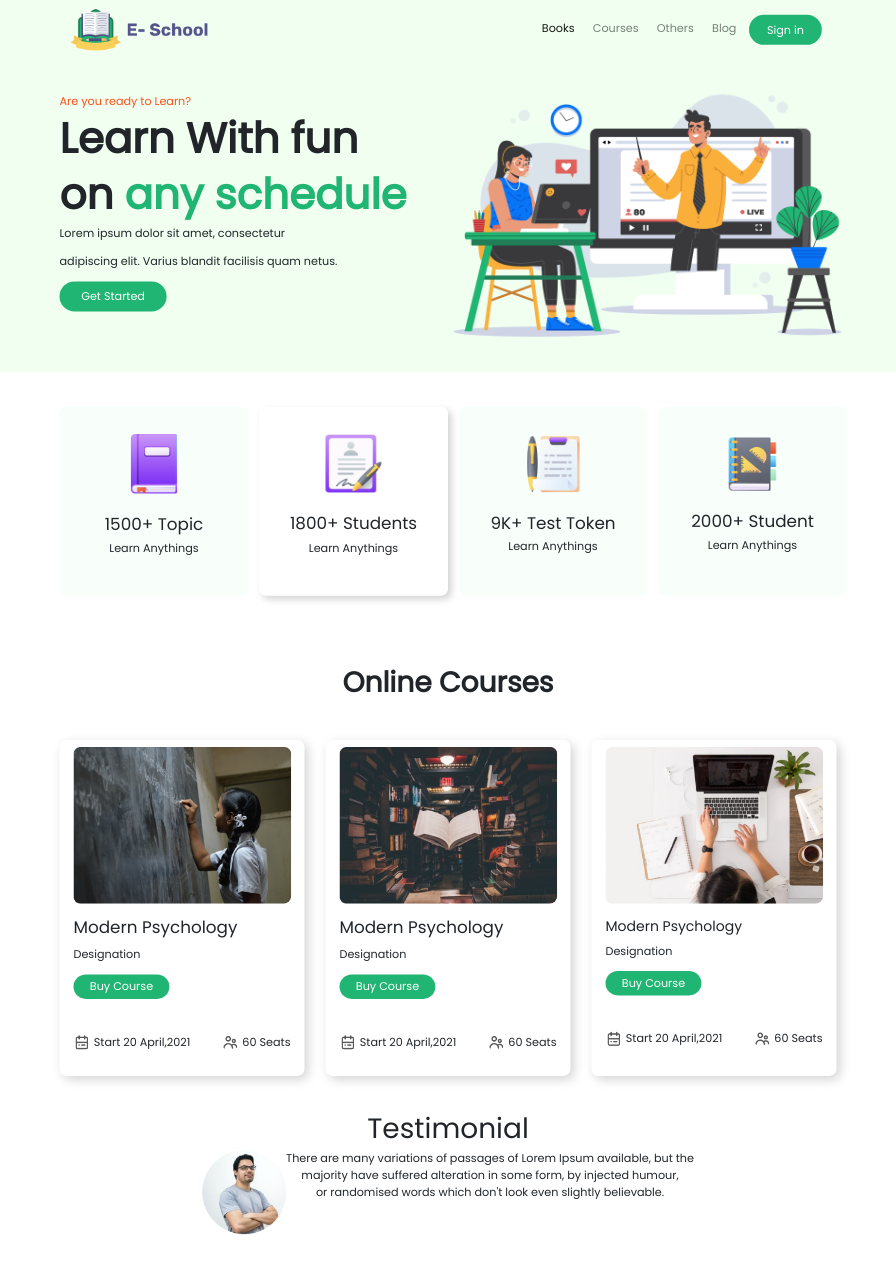
Repository: mohsinfarabi/e-school
Page: index.html
These files come from the project's save history. The page is drawn as it stood at one moment and after a run of saves; the edit follows.
The browser window is 1280 px wide. The pictures show the whole page, at 70% of full size.

Above is the page before, as saved 2020-07-08 20:17:05.

### index.html
<!DOCTYPE html>
<html lang="en">

<head>
    <meta charset="UTF-8">
    <meta name="viewport" content="width=device-width, initial-scale=1.0">
    <link rel="stylesheet" href="css/bootstrap/css/bootstrap.min.css">
    <link rel="stylesheet" href="style.css">
    <link href="https://fonts.googleapis.com/css2?family=Poppins" rel="stylesheet">
    <title>E-School</title>
</head>

<body>
    <section class="top-part">
        <div class="container">
            <nav class="navbar navbar-expand-lg navbar-light bg-transparent">
                <a class="navbar-brand" href="#"><img src="images/icon/Logo.png " alt=" "></a>
                </a>
                <button class="navbar-toggler" type="button" data-toggle="collapse" data-target="#navbarNav" aria-controls="navbarNav" aria-expanded="false" aria-label="Toggle navigation">
                  <span class="navbar-toggler-icon"></span>
                </button>

                <div class="collapse navbar-collapse" id="navbarNav">
                    <ul class="navbar-nav ml-auto">
                        <li class="nav-item active ">
                            <a class="nav-link " href="#books ">Books</a>
                        </li>
                        <li class="nav-item ">
                            <a class="nav-link " href="#courses ">Courses</a>
                        </li>
                        <li class="nav-item ">
                            <a class="nav-link " href="#others ">Others</a>
                        </li>
                        <li class="nav-item ">
                            <a class="nav-link " href="#blog ">Blog</a>
                        </li>
                        <li class="nav-item ">
                            <button class="sign-in">Sign in</button>
                        </li>

                    </ul>
                </div>

            </nav>
        </div>
        <div class="container">
            <div class="row top">
                <div class="col-md-6">

                    <h5>Are you ready to Learn?</h5>
                    <h1>Learn With fun </h1>
                    <h1>on <span class="highlight"> any schedule</span></h1>

                    <p>Lorem ipsum dolor sit amet, consectetur </p>
                    <p>adipiscing elit. Varius blandit facilisis quam netus.</p>

                    <button class="get-started">Get Started</button>

                </div>
                <div class="col-md-6 d-flex justify-content-center">

                    <img src="images/Photos/Illustration.png" alt="">
                </div>
            </div>
        </div>
    </section>

    <div class="container">
        <div class="row">
            <div class="col-md-3">
                <div class="cat1 d-flex flex-column justify-content-center align-items-center">

                    <img src="images/icon/book.png" alt="">

                    <h4>1500+ Topic</h4>
                    <p>Learn Anythings</p>
                </div>
            </div>
            <div class="col-md-3">
                <div class="cat2 d-flex flex-column justify-content-center align-items-center">

                    <img src="images/icon/Student.png" alt="">

                    <h4>1800+ Students</h4>
                    <p>Learn Anythings</p>
                </div>
            </div>
            <div class="col-md-3">
                <div class="cat3 d-flex flex-column justify-content-center align-items-center">

                    <img src="images/icon/Test.png" alt="">

                    <h4>9K+ Test Token</h4>
                    <p>Learn Anythings</p>
                </div>
            </div>
            <div class="col-md-3">
                <div class="cat4 d-flex flex-column justify-content-center align-items-center">

                    <img src="images/icon/Students.png" alt="">

                    <h4>2000+ Student</h4>
                    <p>Learn Anythings</p>

                </div>
            </div>
        </div>
    </div>

    <div class="container course">
        <h1>Online Courses</h1>
        <div class="card-deck">
            <div class="card">
                <img src="images/Photos/Morder pyschology.png" class="card-img-top" alt="...">
                <div class="card-body">
                    <h4 class="card-title">Modern Psychology</h4>
                    <p class="card-text">Designation</p>
                    <button class="buy-course">Buy Course</button>
                    <div class="card-bottom d-flex justify-content-between align-self-center">
                        <div class="d-flex justify-content-between">
                            <img src="images/icon/calendar.png" alt="">
                            <p>Start 20 April,2021</p>
                        </div>
                        <div class="d-flex justify-content-between">
                            <img src="images/icon/people.png" alt="">
                            <p>60 Seats</p>
                        </div>

                    </div>
                </div>

            </div>
            <div class="card">
                <img src="images/Photos/Morder psyc.png" class="card-img-top" alt="...">
                <div class="card-body">
                    <h4 class="card-title">Modern Psychology</h4>
                    <p class="card-text">Designation</p>
                    <button class="buy-course">Buy Course</button>
                    <div class="card-bottom d-flex justify-content-between align-self-center">
                        <div class="d-flex justify-content-between">
                            <img src="images/icon/calendar.png" alt="">
                            <p>Start 20 April,2021</p>
                        </div>
                        <div class="d-flex justify-content-between">
                            <img src="images/icon/people.png" alt="">
                            <p>60 Seats</p>
                        </div>

                    </div>
                </div>

            </div>
            <div class="card">
                <img src="images/Photos/Morder pychons.png" class="card-img-top" alt="...">
                <div class="card-body">
                    <h5 class="card-title">Modern Psychology</h5>
                    <p class="card-text">Designation</p>
                    <button class="buy-course">Buy Course</button>
                    <div class="card-bottom d-flex justify-content-between align-self-center">
                        <div class="d-flex justify-content-between">
                            <img src="images/icon/calendar.png" alt="">
                            <p>Start 20 April,2021</p>
                        </div>
                        <div class="d-flex justify-content-between">
                            <img src="images/icon/people.png" alt="">
                            <p>60 Seats</p>
                        </div>
                    </div>
                </div>
            </div>
        </div>
    </div>

    <div class="container testimonial">
        <h1>Testimonial</h1>
        <div class="testimonial-content d-flex justify-content-center">
            <img src="images/Photos/Man.png" alt="">
            <p>There are many variations of passages of Lorem Ipsum available, but the <br>majority have suffered alteration in some form, by injected humour, <br>or randomised words which don't look even slightly believable.</p>

        </div>
    </div>












    <script src="https://code.jquery.com/jquery-3.5.1.slim.min.js " integrity="sha384-DfXdz2htPH0lsSSs5nCTpuj/zy4C+OGpamoFVy38MVBnE+IbbVYUew+OrCXaRkfj " crossorigin="anonymous "></script>
    <script src="https://cdn.jsdelivr.net/npm/popper.js@1.16.0/dist/umd/popper.min.js " integrity="sha384-Q6E9RHvbIyZFJoft+2mJbHaEWldlvI9IOYy5n3zV9zzTtmI3UksdQRVvoxMfooAo " crossorigin="anonymous "></script>
    <script src="https://stackpath.bootstrapcdn.com/bootstrap/4.5.0/js/bootstrap.min.js " integrity="sha384-OgVRvuATP1z7JjHLkuOU7Xw704+h835Lr+6QL9UvYjZE3Ipu6Tp75j7Bh/kR0JKI " crossorigin="anonymous "></script>
</body>

</html>

### style.css
    body {
        font-family: 'Poppins', sans-serif;
    }

    .container {
        margin-bottom: 50px;
    }

    .top-part {
        background-color: #F0FFF0;
    }

    .bg-light {
        background-color: #F0FFF0;
    }

    .navbar img {
        width: 198.07px;
        height: 59px;
    }

    .nav-item {
        padding: 5px;
        color: black;
    }

    .sign-in {
        width: 104px;
        height: 43px;
        border: none;
        background: #21B573;
        border-radius: 33px;
        color: white;
    }

    .top {
        padding-bottom: 50px;
    }

    .top h5 {
        font-size: medium;
        color: #FD511A;
    }

    .top h1 {
        font-weight: 900;
        font-size: 60px;
    }

    .top img {
        width: 554px;
        height: 346px;
    }

    .highlight {
        color: #21B573;
    }

    .get-started {
        width: 153px;
        height: 43px;
        border: none;
        background: #21B573;
        border-radius: 33px;
        color: white;
    }

    .cat h4 {
        font-weight: 700;
    }

    .cat1,
    .cat2,
    .cat3,
    .cat4 {
        width: 270px;
        height: 270px;
        padding: 10px 30px;
        border-radius: 10px;
        border: none;
    }

    .cat2 {
        box-shadow: 5px 5px 10px lightgray;
    }

    .cat1,
    .cat3,
    .cat4 {
        background-color: #F8FFFB;
    }

    .cat1 img {
        width: 66px;
        height: 85px;
        margin-bottom: 30px;
    }

    .cat2 img {
        width: 80px;
        height: 83px;
        margin-bottom: 30px;
    }

    .cat3 img {
        width: 75px;
        height: 80px;
        margin-bottom: 30px;
    }

    .cat4 img {
        width: 68px;
        height: 76px;
        margin-bottom: 30px;
    }

    .course h1 {
        text-align: center;
        font-weight: 900;
        padding: 50px 0px;
    }

    .card img {
        width: 331px;
        height: 234px;
        border-radius: 11px;
        padding-top: 10px;
        padding-left: 20px;
    }

    .card {
        border: none;
        border-radius: 10px;
        box-shadow: 5px 5px 15px lightgray;
    }

    .card-footer {
        background-color: white;
        border-top: none;
        border-radius: 10px;
    }

    .buy-course {
        width: 137px;
        height: 35px;
        border: none;
        background: #21B573;
        border-radius: 33px;
        color: white;
        margin-bottom: 20px;
    }

    .card-bottom {
        padding-top: 30px;
    }

    .card-bottom img {
        width: 24px;
        height: 24px;
        padding: 0;
        margin-right: 5px;
    }

    .testimonial {
        text-align: center;
    }

    .testimonial-content img {
        width: 120px;
        height: 120px;
    }

Loaded but not shown: css/bootstrap/css/bootstrap.min.css (library)

After the next 2 saves:
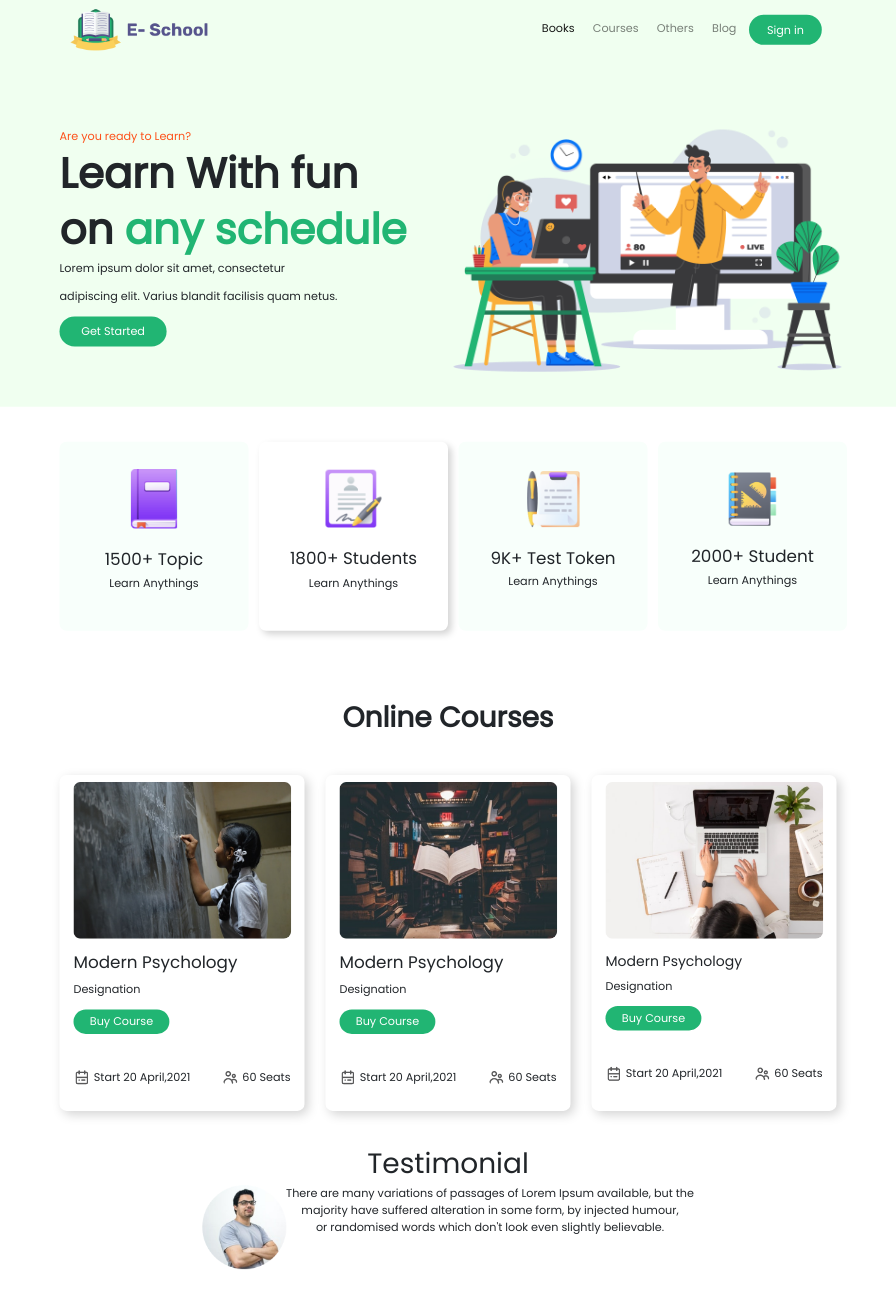
The 2 saves are shown as one change because they came seconds apart.
The last was saved 3 min 25 s later.
--- a/style.css
+++ b/style.css
@@ -34,7 +34,7 @@
     }
 
     .top {
-        padding-bottom: 50px;
+        padding: 50px 0px;
     }
 
     .top h5 {

After the save that followed:
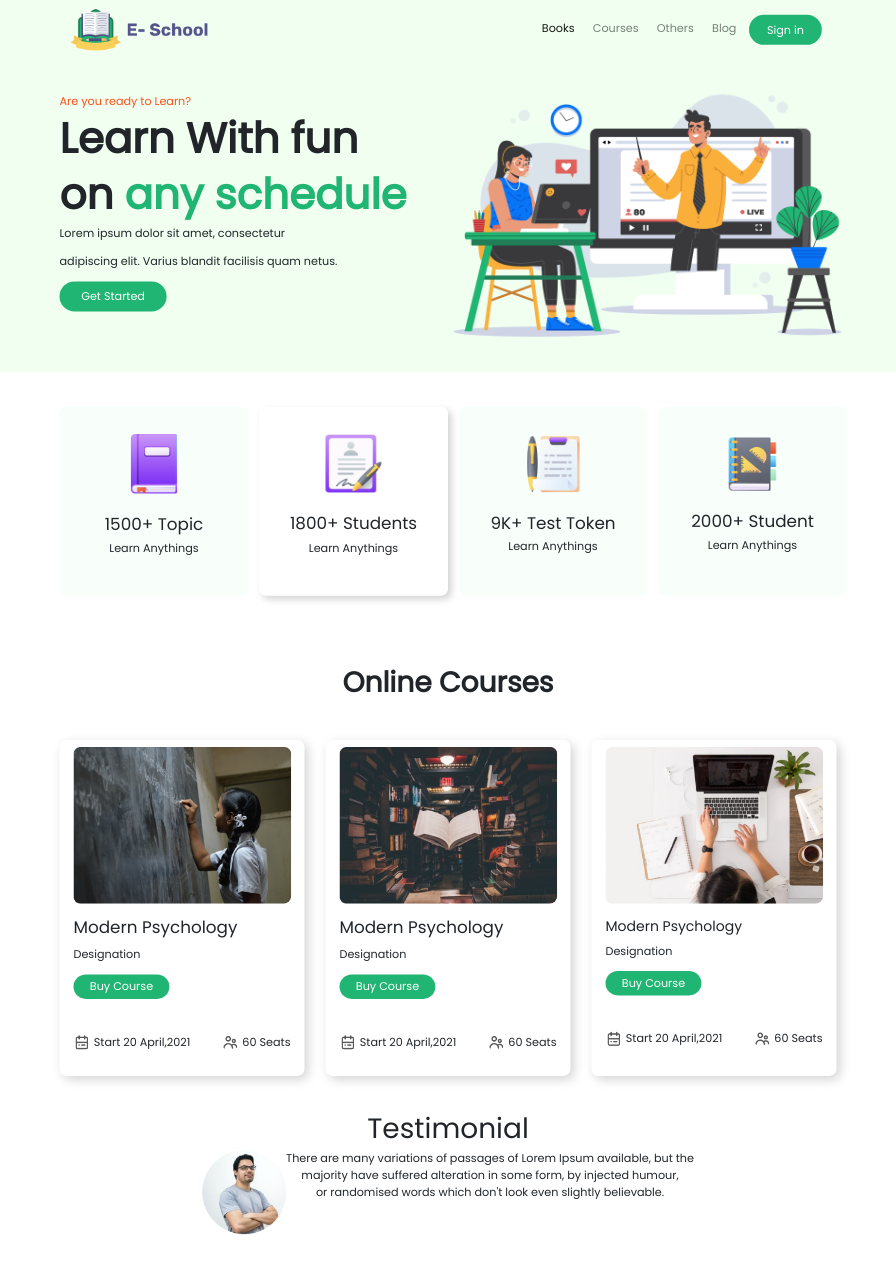
Saved 18 s later.
--- a/style.css
+++ b/style.css
@@ -34,7 +34,7 @@
     }
 
     .top {
-        padding: 50px 0px;
+        padding-bottom: 50px;
     }
 
     .top h5 {
